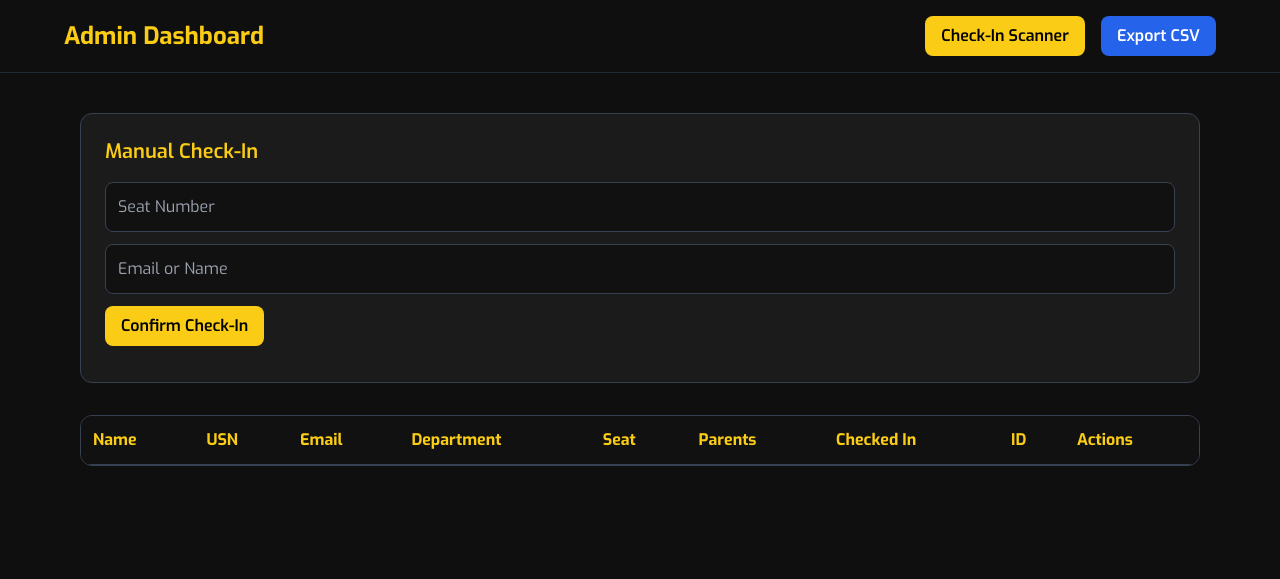
Repository: shravanramakunja/EventEase
Page: views/adminDashboard.ejs
An editor plug-in stored every save of this project. The page is shown before and after the next save, followed by the edit.
The browser window is 1280 px wide. The pictures show the whole page.
Some web libraries are served in a nearby version. The page is served by the project's Node server (server.js). The template is opened directly, without the code that normally fills it, so the values that code supplies are empty.

Above is the page before, as saved 2025-11-30 00:17:07.

After the next save:
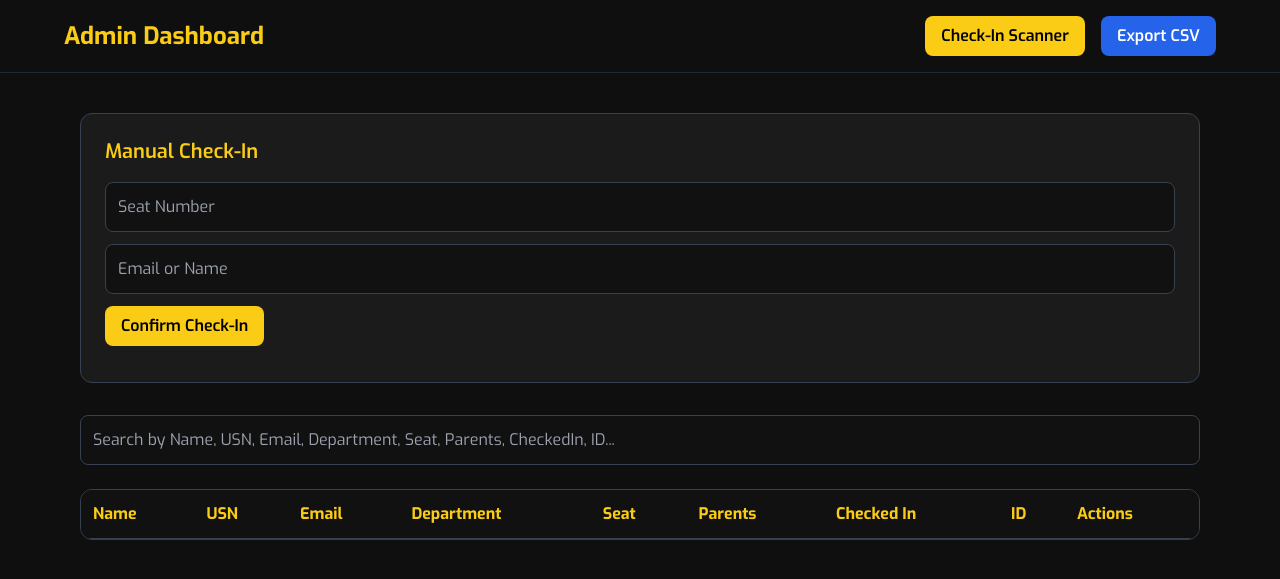
Saved 3 min 49 s later.
--- a/views/adminDashboard.ejs
+++ b/views/adminDashboard.ejs
@@ -57,10 +57,21 @@
   </div>
 
 
+  <!-- 🔍 SEARCH FILTER -->
+  <div class="mb-6">
+    <input
+      id="searchInput"
+      type="text"
+      placeholder="Search by Name, USN, Email, Department, Seat, Parents, CheckedIn, ID..."
+      class="bg-[#111] border border-gray-700 text-white p-3 w-full rounded-lg focus:border-yellow-400 outline-none"
+    />
+  </div>
+
+
   <!-- USERS TABLE -->
   <div class="bg-[#1b1b1b] border border-gray-700 rounded-xl overflow-hidden">
 
-    <table class="w-full text-left">
+    <table id="dataTable" class="w-full text-left">
       <thead class="bg-[#111] border-b border-gray-700">
         <tr class="text-yellow-400">
           <th class="p-3">Name</th>
@@ -120,7 +131,23 @@
 
 </div>
 
+
 <script src="/js/manualCheckin.js"></script>
+
+<!-- 🔍 SEARCH FILTER SCRIPT -->
+<script>
+  const searchInput = document.getElementById("searchInput");
+  const rows = document.querySelectorAll("#dataTable tbody tr");
+
+  searchInput.addEventListener("input", function () {
+    const query = this.value.toLowerCase();
+
+    rows.forEach((row) => {
+      const rowText = row.innerText.toLowerCase();
+      row.style.display = rowText.includes(query) ? "" : "none";
+    });
+  });
+</script>
 
 </body>
 </html>
